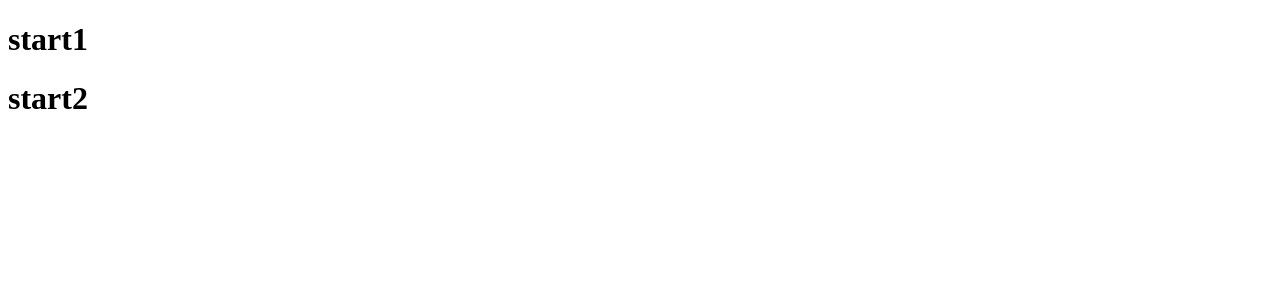
Repository: YERIN0531/SEOYERIN_WEBPRO
Page: gitSource/07_jQuery/jq01/WebContent/09_append_prepend_off_trigger.html
These files come from the project's save history. The page is drawn as it stood at one moment and after a run of saves; the edit follows.
The browser window is 1280 px wide. The pictures show the whole page.

Above is the page before, as saved 2022-06-21 04:49:21.

After the next 2 saves:
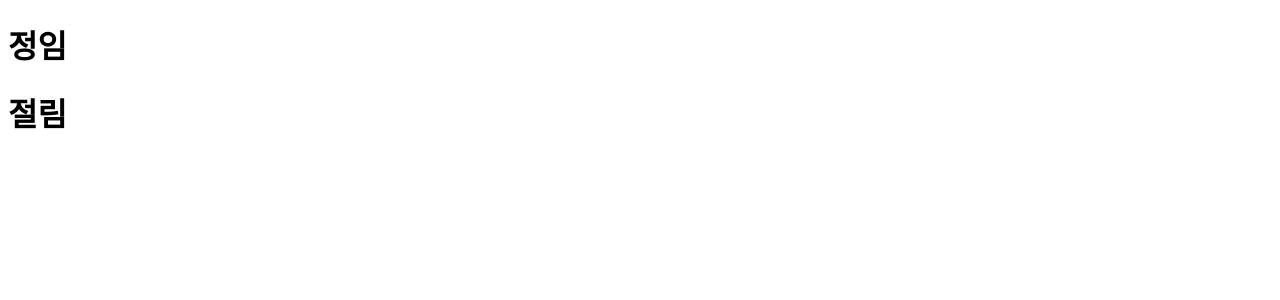
The 2 saves are shown as one change because they came seconds apart.
The last was saved 3 min 8 s later.
--- a/gitSource/07_jQuery/jq01/WebContent/09_append_prepend_off_trigger.html
+++ b/gitSource/07_jQuery/jq01/WebContent/09_append_prepend_off_trigger.html
@@ -15,11 +15,20 @@
 		 $(this).prepend('<b class="red">♡</b>');
 		 $(this).append('<b class="blue">♡</b>');
 	 });
+
+	 $('#h1').click(function(){
+		h1HitCnt ++;
+		if(h1HitCnt < 6){
+			$(this).prepend('<span class="red">♧</span>');
+			$(this).apend('<span class="blue">♧</span>');
+		}
+	 });
+
  });
  </script>
 </head>
 <body>
-	<h1 id="h1">start1</h1>
-	<h1 id="h2">start2</h1>
+	<h1 id="h1">정임</h1>
+	<h1 id="h2">절림</h1>
 </body>
 </html>
